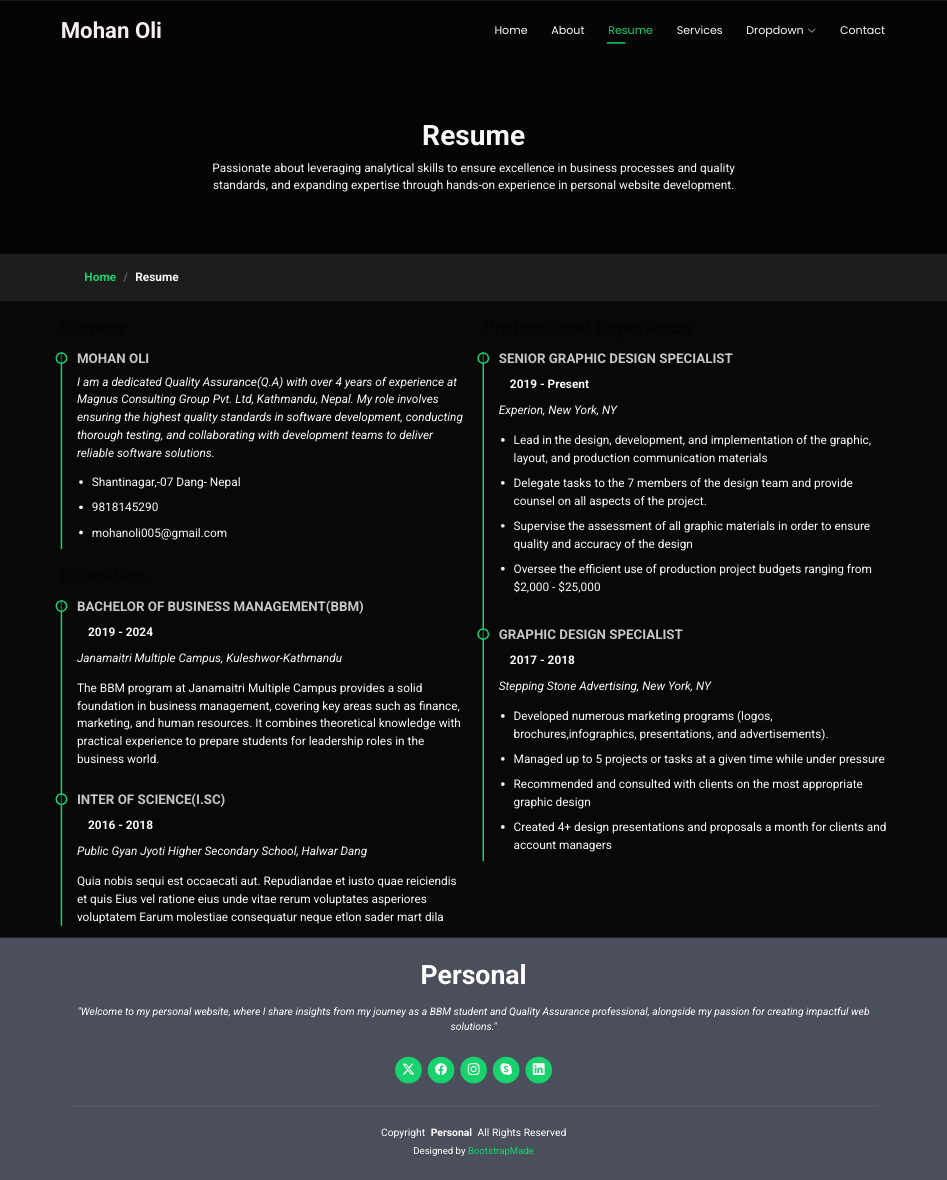
Repository: Mohanoli/mohan-git
Page: resume.html
An editor plug-in stored every save of this project. The page is shown before and after the next save, followed by the edit.
The browser window is 1280 px wide. The pictures show the whole page, at 74% of full size.

Above is the page before, as saved 2024-08-12 16:11:24.

### resume.html
<!DOCTYPE html>
<html lang="en">

<head>
  <meta charset="utf-8">
  <meta content="width=device-width, initial-scale=1.0" name="viewport">
  <title>olimohan.cpm.np</title>
  <meta name="description" content="">
  <meta name="keywords" content="">

  <!-- Favicons -->
  <link href="assets/img/favicon.png" rel="icon">
  <link href="assets/img/apple-touch-icon.png" rel="apple-touch-icon">

  <!-- Fonts -->
  <link href="https://fonts.googleapis.com" rel="preconnect">
  <link href="https://fonts.gstatic.com" rel="preconnect" crossorigin>
  <link href="https://fonts.googleapis.com/css2?family=Roboto:ital,wght@0,100;0,300;0,400;0,500;0,700;0,900;1,100;1,300;1,400;1,500;1,700;1,900&family=Poppins:ital,wght@0,100;0,200;0,300;0,400;0,500;0,600;0,700;0,800;0,900;1,100;1,200;1,300;1,400;1,500;1,600;1,700;1,800;1,900&family=Raleway:ital,wght@0,100;0,200;0,300;0,400;0,500;0,600;0,700;0,800;0,900;1,100;1,200;1,300;1,400;1,500;1,600;1,700;1,800;1,900&display=swap" rel="stylesheet">

  <!-- Vendor CSS Files -->
  <link href="assets/vendor/bootstrap/css/bootstrap.min.css" rel="stylesheet">
  <link href="assets/vendor/bootstrap-icons/bootstrap-icons.css" rel="stylesheet">
  <link href="assets/vendor/aos/aos.css" rel="stylesheet">
  <link href="assets/vendor/swiper/swiper-bundle.min.css" rel="stylesheet">
  <link href="assets/vendor/glightbox/css/glightbox.min.css" rel="stylesheet">

  <!-- Main CSS File -->
  <link href="assets/css/main.css" rel="stylesheet">

  <!-- =======================================================
  * Template Name: Personal
  * Template URL: https://bootstrapmade.com/personal-free-resume-bootstrap-template/
  * Updated: Aug 07 2024 with Bootstrap v5.3.3
  * Author: BootstrapMade.com
  * License: https://bootstrapmade.com/license/
  ======================================================== -->
</head>

<body class="resume-page">

  <header id="header" class="header d-flex align-items-center fixed-top">
    <div class="container-fluid container-xl position-relative d-flex align-items-center justify-content-between">

      <a href="index.html" class="logo d-flex align-items-center">
        <!-- Uncomment the line below if you also wish to use an image logo -->
        <!-- <img src="assets/img/logo.png" alt=""> -->
        <h1 class="sitename">Mohan Oli</h1>
      </a>

      <nav id="navmenu" class="navmenu">
        <ul>
          <li><a href="index.html">Home</a></li>
          <li><a href="about.html">About</a></li>
          <li><a href="resume.html" class="active">Resume</a></li>
          <li><a href="services.html">Services</a></li>

          <li class="dropdown"><a href="#"><span>Dropdown</span> <i class="bi bi-chevron-down toggle-dropdown"></i></a>
            <ul>
              <li><a href="#">Dropdown 1</a></li>
              <li class="dropdown"><a href="#"><span>Deep Dropdown</span> <i class="bi bi-chevron-down toggle-dropdown"></i></a>
                <ul>
                  <li><a href="#">Deep Dropdown 1</a></li>
                  <li><a href="#">Deep Dropdown 2</a></li>
                  <li><a href="#">Deep Dropdown 3</a></li>
                  <li><a href="#">Deep Dropdown 4</a></li>
                  <li><a href="#">Deep Dropdown 5</a></li>
                </ul>
              </li>
              <li><a href="#">Dropdown 2</a></li>
              <li><a href="#">Dropdown 3</a></li>
              <li><a href="#">Dropdown 4</a></li>
            </ul>
          </li>
          <li><a href="contact.html">Contact</a></li>
        </ul>
        <i class="mobile-nav-toggle d-xl-none bi bi-list"></i>
      </nav>

    </div>
  </header>

  <main class="main">

    <!-- Page Title -->
    <div class="page-title" data-aos="fade">
      <div class="heading">
        <div class="container">
          <div class="row d-flex justify-content-center text-center">
            <div class="col-lg-8">
              <h1>Resume</h1>
              <p class="mb-0"> Passionate about leveraging analytical skills to ensure excellence in business processes and quality standards, and expanding expertise through hands-on experience in personal website development.</p>
            </div>
          </div>
        </div>
      </div>
      <nav class="breadcrumbs">
        <div class="container">
          <ol>
            <li><a href="index.html">Home</a></li>
            <li class="current">Resume</li>
          </ol>
        </div>
      </nav>
    </div><!-- End Page Title -->

    <!-- Resume Section -->
    <section id="resume" class="resume section">

      <div class="container">

        <div class="row">

          <div class="col-lg-6" data-aos="fade-up" data-aos-delay="10">
            <h3 class="resume-title">Sumary</h3>

            <div class="resume-item pb-0">
              <h4>Mohan Oli</h4>
              <p><em>I am a dedicated Quality Assurance(Q.A) with over 4 years of experience at Magnus Consulting Group Pvt. Ltd, Kathmandu, Nepal. My role involves ensuring the highest quality standards in software development, conducting thorough testing, and collaborating with development teams to deliver reliable software solutions.</em></p>
              <ul>
                <li>Shantinagar,-07 Dang- Nepal</li>
                <li>9818145290</li>
                <li>mohanoli005@gmail.com</li>
              </ul>
            </div><!-- Edn Resume Item -->

            <h3 class="resume-title">Education</h3>
            <div class="resume-item">
              <h4>Bachelor of Business Management(BBM)</h4>
              <h5>2019 - 2024</h5>
              <p><em>Janamaitri Multiple Campus, Kuleshwor-Kathmandu</em></p>
              <p>The BBM program at Janamaitri Multiple Campus provides a solid foundation in business management, covering key areas such as finance, marketing, and human resources. It combines theoretical knowledge with practical experience to prepare students for leadership roles in the business world.</p>
            </div><!-- Edn Resume Item -->

            <div class="resume-item">
              <h4>Inter of Science(I.Sc)</h4>
              <h5>2016 - 2018</h5>
              <p><em>Public Gyan Jyoti Higher Secondary School, Halwar Dang</em></p>
              <p>Quia nobis sequi est occaecati aut. Repudiandae et iusto quae reiciendis et quis Eius vel ratione eius unde vitae rerum voluptates asperiores voluptatem Earum molestiae consequatur neque etlon sader mart dila</p>
            </div><!-- Edn Resume Item -->

          </div>

          <div class="col-lg-6" data-aos="fade-up" data-aos-delay="200">
            <h3 class="resume-title">Professional Experience</h3>
            <div class="resume-item">
              <h4>Senior graphic design specialist</h4>
              <h5>2019 - Present</h5>
              <p><em>Experion, New York, NY </em></p>
              <ul>
                <li>Lead in the design, development, and implementation of the graphic, layout, and production communication materials</li>
                <li>Delegate tasks to the 7 members of the design team and provide counsel on all aspects of the project. </li>
                <li>Supervise the assessment of all graphic materials in order to ensure quality and accuracy of the design</li>
                <li>Oversee the efficient use of production project budgets ranging from $2,000 - $25,000</li>
              </ul>
            </div><!-- Edn Resume Item -->

            <div class="resume-item">
              <h4>Graphic design specialist</h4>
              <h5>2017 - 2018</h5>
              <p><em>Stepping Stone Advertising, New York, NY</em></p>
              <ul>
                <li>Developed numerous marketing programs (logos, brochures,infographics, presentations, and advertisements).</li>
                <li>Managed up to 5 projects or tasks at a given time while under pressure</li>
                <li>Recommended and consulted with clients on the most appropriate graphic design</li>
                <li>Created 4+ design presentations and proposals a month for clients and account managers</li>
              </ul>
            </div><!-- Edn Resume Item -->

          </div>

        </div>

      </div>

    </section>


    <!-- /Resume Section -->

  </main>

  <footer id="footer" class="footer dark-background">
    <div class="container">
      <h3 class="sitename">Personal</h3>
      <p>"Welcome to my personal website, where I share insights from my journey as a BBM student and Quality Assurance professional, alongside my passion for creating impactful web solutions."</p>
      <div class="social-links d-flex justify-content-center">
        <a href=""><i class="bi bi-twitter-x"></i></a>
        <a href=""><i class="bi bi-facebook"></i></a>
        <a href=""><i class="bi bi-instagram"></i></a>
        <a href=""><i class="bi bi-skype"></i></a>
        <a href=""><i class="bi bi-linkedin"></i></a>
      </div>
      <div class="container">
        <div class="copyright">
          <span>Copyright</span> <strong class="px-1 sitename">Personal</strong> <span>All Rights Reserved</span>
        </div>
        <div class="credits">
          <!-- All the links in the footer should remain intact. -->
          <!-- You can delete the links only if you've purchased the pro version. -->
          <!-- Licensing information: https://bootstrapmade.com/license/ -->
          <!-- Purchase the pro version with working PHP/AJAX contact form: [buy-url] -->
          Designed by <a href="https://bootstrapmade.com/">BootstrapMade</a>
        </div>
      </div>
    </div>
  </footer>

  <!-- Scroll Top -->
  <a href="#" id="scroll-top" class="scroll-top d-flex align-items-center justify-content-center"><i class="bi bi-arrow-up-short"></i></a>

  <!-- Preloader -->
  <div id="preloader"></div>

  <!-- Vendor JS Files -->
  <script src="assets/vendor/bootstrap/js/bootstrap.bundle.min.js"></script>
  <script src="assets/vendor/php-email-form/validate.js"></script>
  <script src="assets/vendor/aos/aos.js"></script>
  <script src="assets/vendor/typed.js/typed.umd.js"></script>
  <script src="assets/vendor/purecounter/purecounter_vanilla.js"></script>
  <script src="assets/vendor/waypoints/noframework.waypoints.js"></script>
  <script src="assets/vendor/swiper/swiper-bundle.min.js"></script>
  <script src="assets/vendor/glightbox/js/glightbox.min.js"></script>
  <script src="assets/vendor/imagesloaded/imagesloaded.pkgd.min.js"></script>
  <script src="assets/vendor/isotope-layout/isotope.pkgd.min.js"></script>

  <!-- Main JS File -->
  <script src="assets/js/main.js"></script>

</body>

</html>

Loaded but not shown: assets/vendor/bootstrap/css/bootstrap.min.css (library); assets/vendor/bootstrap-icons/bootstrap-icons.css (library); assets/vendor/aos/aos.css (library); assets/vendor/swiper/swiper-bundle.min.css (library); assets/vendor/glightbox/css/glightbox.min.css (library); assets/vendor/bootstrap/js/bootstrap.bundle.min.js (library); assets/vendor/php-email-form/validate.js (common file); assets/vendor/aos/aos.js (library); assets/vendor/typed.js/typed.umd.js (library); assets/vendor/purecounter/purecounter_vanilla.js (library); assets/vendor/waypoints/noframework.waypoints.js (library); assets/vendor/swiper/swiper-bundle.min.js (library); assets/vendor/glightbox/js/glightbox.min.js (library); assets/vendor/imagesloaded/imagesloaded.pkgd.min.js (library); assets/vendor/isotope-layout/isotope.pkgd.min.js (library); assets/js/main.js (202 lines, source omitted); assets/css/main.css (1518 lines, source omitted)

After the next save:
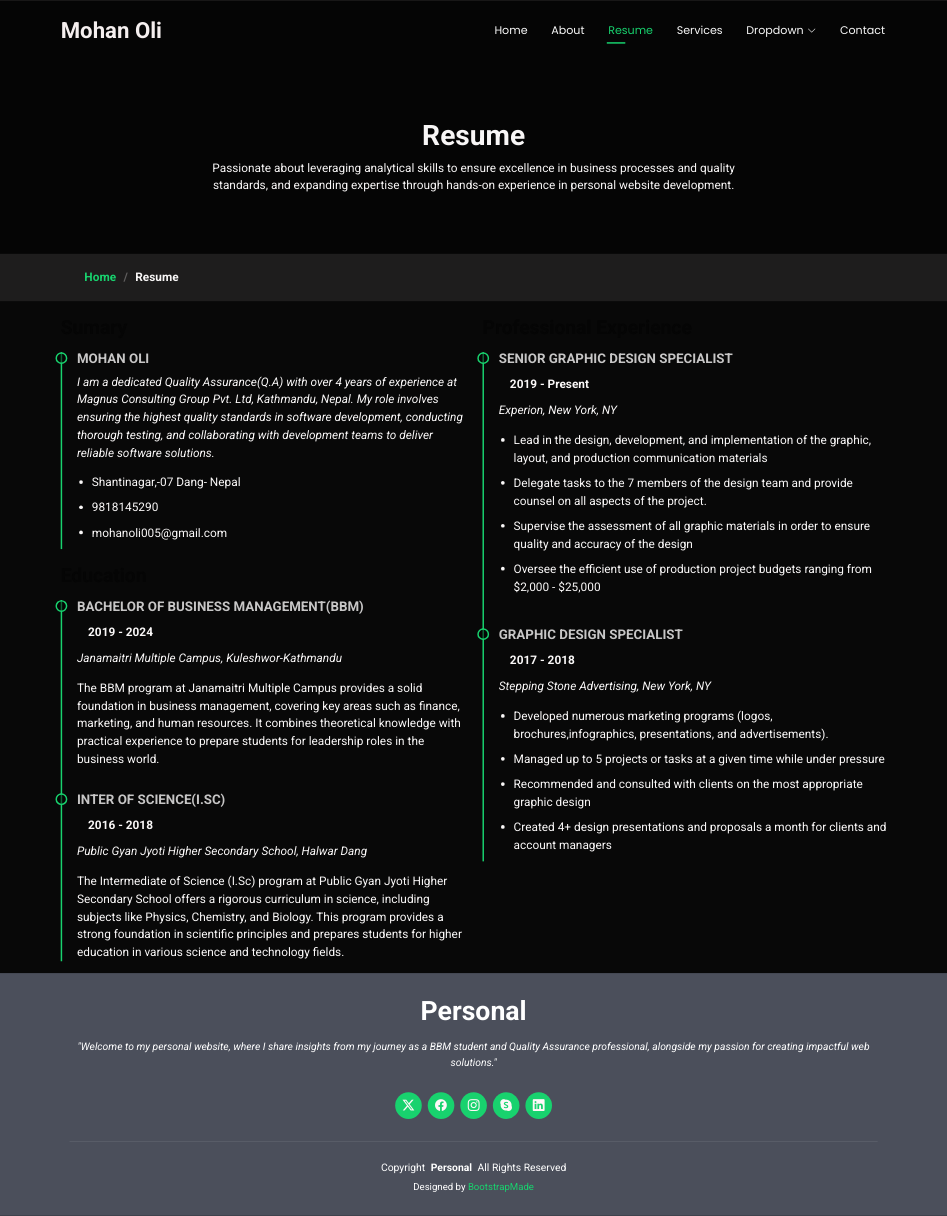
Saved 5 min 21 s later.
--- a/resume.html
+++ b/resume.html
@@ -135,7 +135,7 @@
               <h4>Inter of Science(I.Sc)</h4>
               <h5>2016 - 2018</h5>
               <p><em>Public Gyan Jyoti Higher Secondary School, Halwar Dang</em></p>
-              <p>Quia nobis sequi est occaecati aut. Repudiandae et iusto quae reiciendis et quis Eius vel ratione eius unde vitae rerum voluptates asperiores voluptatem Earum molestiae consequatur neque etlon sader mart dila</p>
+              <p>The Intermediate of Science (I.Sc) program at Public Gyan Jyoti Higher Secondary School offers a rigorous curriculum in science, including subjects like Physics, Chemistry, and Biology. This program provides a strong foundation in scientific principles and prepares students for higher education in various science and technology fields.</p>
             </div><!-- Edn Resume Item -->
 
           </div>
